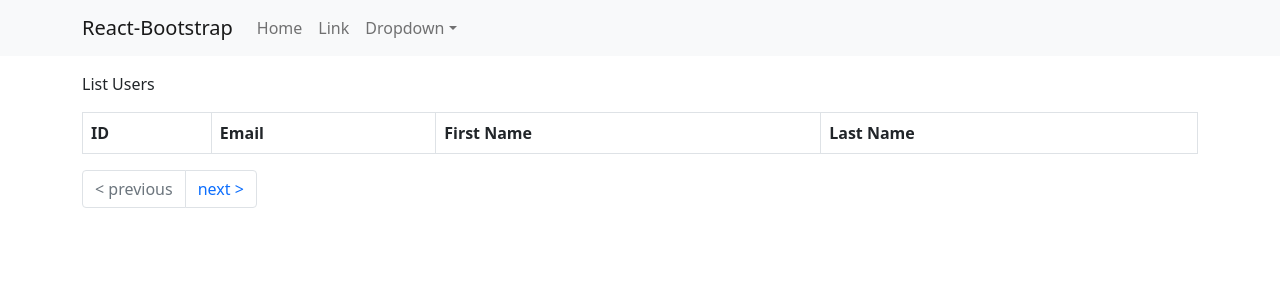
Repository: hieuche123/practice-reactjs
Page: /
An editor plug-in stored every save of this project. The page is shown before and after the next save, followed by the edit.
The browser window is 1280 px wide. The pictures show the whole page.
The page's requests for data from a server got no answer. The project was rebuilt for these pictures with package versions that can differ from the ones it lists, and the page was loaded fresh each time. No one was signed in, and anything a server would have sent is missing.

Above is the page before, as saved 2023-03-21 21:28:14.

After the next save:
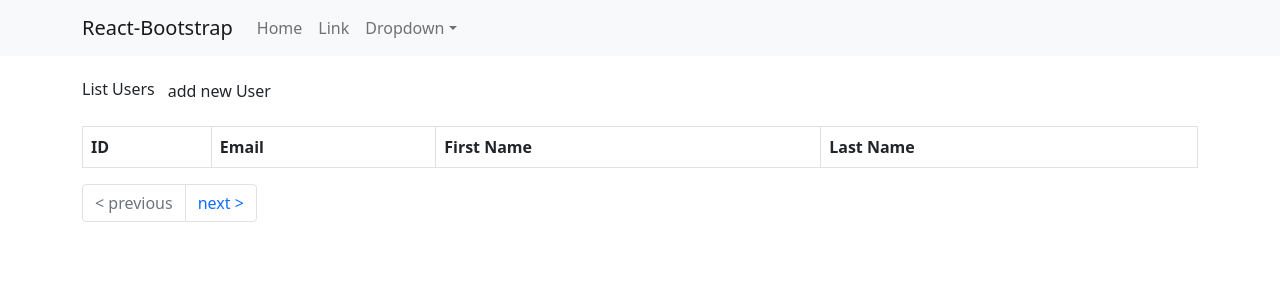
Saved 10 s later.
--- a/src/App.js
+++ b/src/App.js
@@ -11,7 +11,7 @@ function App() {
       <Container>
         <div className='my-3'>
           List Users
-          <button className='btn'></button>
+          <button className='btn'>add new User</button>
         </div>
         <TableUsers/>
       </Container>
